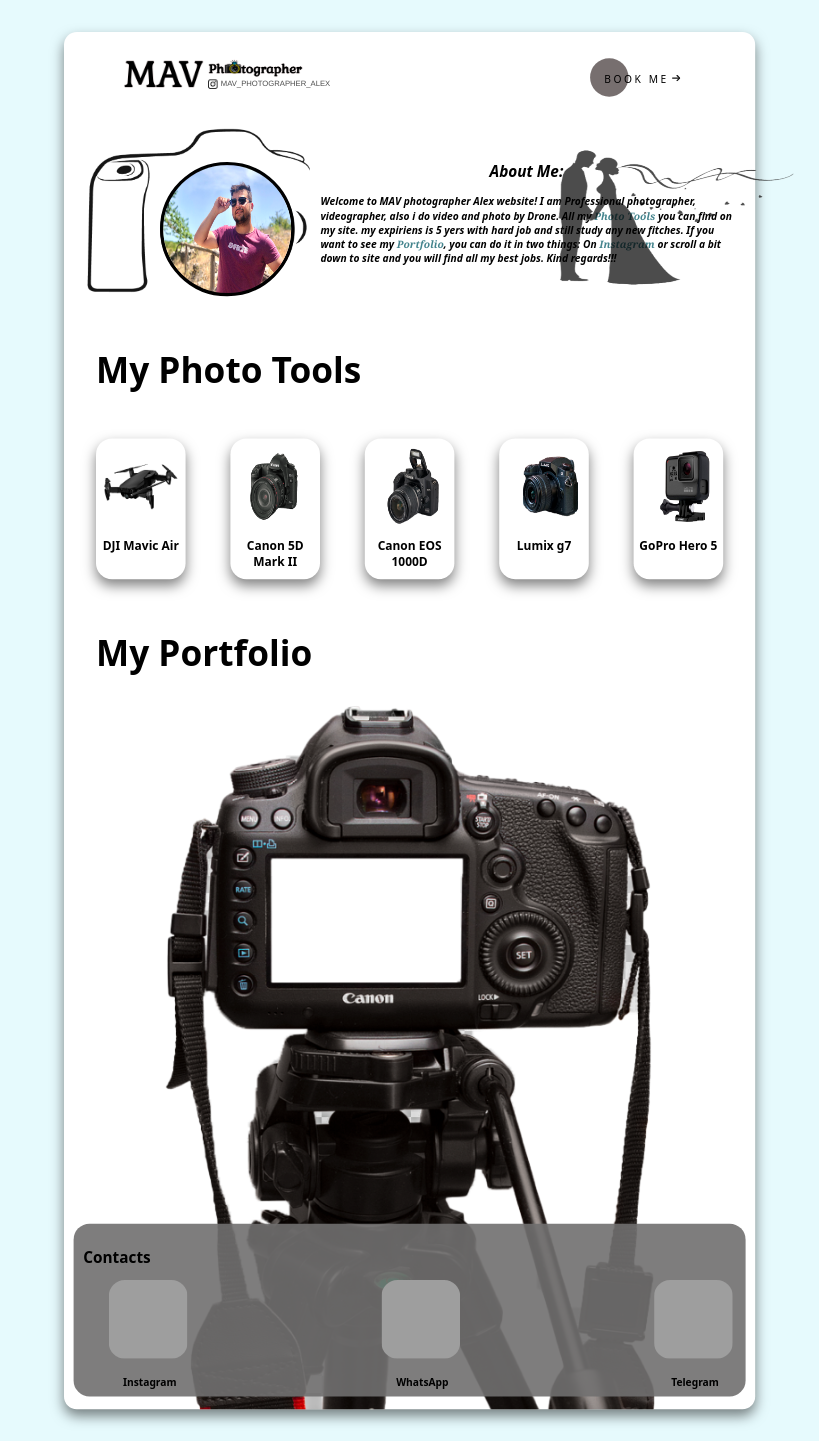
Repository: Dekabrist94/MAV
Page: /
An editor plug-in stored every save of this project. The page is shown before and after the next save, followed by the edit.
The browser window is 1280 px wide. The pictures show the whole page, at 64% of full size.
Pictures or frames that could not be fetched are drawn as grey boxes. The project was rebuilt for these pictures with package versions that can differ from the ones it lists, and the page was loaded fresh each time.

Above is the page before, as saved 2023-03-11 17:50:44.

### src/index.js
import React from 'react';
import ReactDOM from 'react-dom/client';
import './index.scss';
import App from './App';
import reportWebVitals from './reportWebVitals';

const root = ReactDOM.createRoot(document.getElementById('root'));
root.render(
  <React.StrictMode>
    <App />
  </React.StrictMode>,
);

// If you want to start measuring performance in your app, pass a function
// to log results (for example: reportWebVitals(console.log))
// or send to an analytics endpoint. Learn more: https://bit.ly/CRA-vitals
reportWebVitals();

### src/index.scss
.aboutLinks {
  color: rgb(68, 132, 141);
  text-decoration: none;
  font-family: Georgia, 'Times New Roman', Times, serif;
  transition: all 0.3s ease;
}

.aboutLinks:hover {
  color: rgb(235, 17, 82);
  text-decoration: none;
  font-family: Georgia, 'Times New Roman', Times, serif;
}

body {
  margin: 0;
  font-family: system-ui;
  -webkit-font-smoothing: antialiased;
  -moz-osx-font-smoothing: grayscale;
  background-color: rgb(12, 213, 240, 0.1);
}

.wrapper {
  background: #ffffff;
  box-shadow: 0px 10px 20px rgba(0, 0, 0, 0.5);
  border-radius: 20px;
  max-width: 1080px;
  margin: 50px auto;
}

header {
  padding: 40px;
  margin: 50px;
  display: flex;
  justify-content: space-between;
}

img {
  margin-right: 5px;
}

.headerLeft {
  display: flex;
  align-items: center;
}

.underLogoLink {
  color: black;
  opacity: 70%;
  font-family: 'Franklin Gothic Medium', 'Arial Narrow', Arial, sans-serif;
  text-decoration: none;
  transition: all 0.2s ease;
  text-transform: uppercase;
  font-size: 12px;
}
.underLogoLink:hover {
  opacity: 100%;
  transition: all 0.2s ease;
}
.instaLink {
  display: flex;
  margin-top: -3px;
  align-items: center;
}

.bookMe {
  margin-top: 20px;
}

h3,
p {
  margin: 0;
}

.aboutMe {
  margin-left: 150px;
  position: relative;
  display: flex;

  align-items: center;
  justify-content: space-between;
}
.bride {
  position: absolute;
  left: 610px;
  opacity: 0.7;
  z-index: 0;
}
.camera {
  top: -50px;
  left: -190px;
  position: absolute;
}
.avatar {
  border-radius: 50%;
  border: 5px black solid;
  z-index: 1;
  transition: all 0.4s ease;

  cursor: pointer;
}
.avatar:hover {
  transition: all 0.4s ease;
  transform: scale(1.05);
  cursor: pointer;
}

.textAboutCenter {
  text-align: center;
  font-style: italic;
  z-index: 0;
}
.textAbout {
  padding-bottom: 50px;
  padding-left: 5%;
  padding-right: 5%;
  text-align: left;
  font-style: italic;
}
.cardContainer {
  display: flex;
  padding: 15px;
}
.card {
  height: 220px;
  width: 140px;
  margin: 0 auto;
}

.cardBorder {
  border-radius: 25px;
  box-shadow: 0px 10px 20px rgba(0, 0, 0, 0.5);
}

.cardStyle {
  padding-top: 15px;
  text-align: center;
}

.CaptionTools {
  padding-left: 50px;
  font-size: 55px;
}

.Portfolio {
}

.captionPortfolio {
  padding-top: 15px;
  padding-left: 50px;
  font-size: 55px;
}

.mainCamera {
  margin: 0 auto;
  align-items: center;
  display: flex;
}

.cameraSlider {
  margin: 0 auto;
  z-index: 2;
}

.contContainer {
  position: relative;
  margin: 0px 15px auto;
}

.background {
  position: absolute;
  background: rgba(112, 111, 111, 0.9);
  width: 100%;
  height: 270px;
  margin: -290px auto;
  z-index: 3;
  border-radius: 25px;
}

.qr {
  padding: 15px;
}

.contacts {
  display: flex;
  align-items: center;
  justify-content: space-between;
}

li {
  list-style-type: none;
  z-index: 5;
}

.qrcode {
  border-radius: 25px;
  transition: all 0.3s ease;
}

.qrcode:hover {
  transform: scale(1.1);
  transition: all 0.3s ease;
}

### src/App.js
import { Header } from './pages/Header';
import { PhotoTools } from './pages/PhotoTools';
import { AboutMe } from './pages/AboutMe';
import mainCamera from './assets/img/mainCamera.png';
function App() {
  return (
    <div className="wrapper">
      <Header />
      <AboutMe />
      <PhotoTools />

      <section className="Portfolio">
        <h1 className="captionPortfolio">My Portfolio</h1>
        <div className="slider">
          <div className="mainCamera">
            <img className="cameraSlider" width={800} height={1100} src={mainCamera} />
          </div>
        </div>
      </section>

      <section className="contContainer">
        <div className="background">
          <div className="qr">
            <h1 className="contCaption">Contacts</h1>
            <ul className="contacts">
              <li>
                <a href="https://www.instagram.com/palazzagofotografo/" target="_blank">
                  <img
                    className="qrcode"
                    src="http://qrcoder.ru/code/?https%3A%2F%2Fwww.instagram.com%2Fpalazzagofotografo%2F&3&0"
                    width="123"
                    height="123"
                    title="Instagram QR Code"
                  />
                </a>
                <h4 align="center">Instagram</h4>
              </li>
              <li>
                <a href="https://wa.me/+393519741841" target="_blank">
                  <img
                    className="qrcode"
                    src="http://qrcoder.ru/code/?https%3A%2F%2Fwa.me%2F%2B393519741841&3&0"
                    width="123"
                    height="123"
                    title="WhatsApp QR Code"
                  />
                </a>
                <h4 align="center">WhatsApp</h4>
              </li>
              <li>
                <a href="https://t.me/mavphotographeralex" target="_blank">
                  <img
                    className="qrcode"
                    src="http://qrcoder.ru/code/?https%3A%2F%2Ftelegram.me%2F%40mavphotographer&4&0"
                    width="123"
                    height="123"
                    title="Telegram QR Code"
                  />
                </a>
                <h4 align="center">Telegram</h4>
              </li>
            </ul>
          </div>
        </div>
      </section>
    </div>
  );
}

export default App;

### src/pages/Header.jsx
import PHOTOGRAPHER from '../assets/img/photographer.png';
import InstaLogo from '../assets/img/instagram.png';
import MAV from '../assets/img/MAV.png';
import '../index.scss';
import { CustomButton } from '../components/button UI';
export const Header = () => {
  return (
    <header>
      <div className="headerLeft">
        <img width={130} height={50} src={MAV} alt="logo" />
        <div className="headerInfo">
          <img width={150} height={30} src={PHOTOGRAPHER} alt="logo" />
          <div className="instaLink">
            <img width={15} height={15} src={InstaLogo} alt="Instagram" />
            <a href="#" className="underLogoLink">
              mav_photographer_alex
            </a>
          </div>
        </div>
      </div>
      <div className="bookMe">
        <CustomButton text="BOOK ME" style="link" />
      </div>
    </header>
  );
};

### src/pages/PhotoTools.jsx
import Drone from '../assets/img/mavicAir.png';
import Mark from '../assets/img/5dmark.png';
import CanonD from '../assets/img/1000d.png';
import Lumix from '../assets/img/lumix.png';
import Hero5 from '../assets/img/hero5.png';

import '../index.scss';

export const PhotoTools = () => {
  return (
    <section className="PhotoTools">
      <aside>
        <h1 className="CaptionTools">My Photo Tools</h1>
      </aside>
      <div className="cardContainer">
        <div className="card cardBorder">
          <img className="cardStyle" width={140} height={120} src={Drone} alt="card" />
          <p className="cardStyle">
            <h3>DJI Mavic Air</h3>
          </p>
        </div>
        <div className="card cardBorder">
          <img className="cardStyle" width={140} height={120} src={Mark} alt="card" />
          <p className="cardStyle">
            <h3>Canon 5D Mark II</h3>
          </p>
        </div>
        <div className="card cardBorder">
          <img className="cardStyle" width={160} height={120} src={CanonD} alt="card" />
          <p className="cardStyle">
            <h3>Canon EOS 1000D</h3>
          </p>
        </div>
        <div className="card cardBorder">
          <img className="cardStyle" width={160} height={120} src={Lumix} alt="card" />
          <p className="cardStyle">
            <h3>Lumix g7</h3>
          </p>
        </div>
        <div className="card cardBorder">
          <img className="cardStyle" width={160} height={120} src={Hero5} alt="card" />
          <p className="cardStyle">
            <h3>GoPro Hero 5</h3>
          </p>
        </div>
      </div>
    </section>
  );
};

### src/pages/AboutMe.jsx
import '../index.scss';
import Camera from '../assets/img/camera.png';
import AVATAR from '../assets/img/AVATAR.jpg';
import Bride from '../assets/img/bride.png';
export const AboutMe = () => {
  return (
    <section className="aboutMe">
      <img className="avatar" width={200} height={200} src={AVATAR} alt="AVATAR" />
      <img className="camera" width={500} height={302} src={Camera} alt="Camera" />
      <img className="bride" width={400} height={302} src={Bride} alt="Bride" />

      <div>
        <h1 className="textAboutCenter">About Me:</h1>
        <h4 className="textAbout">
          Welcome to MAV photographer Alex website! I am Professional photographer, videographer,
          also i do video and photo by Drone. All my{' '}
          <a className="aboutLinks" href="#">
            Photo Tools
          </a>{' '}
          you can find on my site. my expiriens is 5 yers with hard job and still study any new
          fitches. If you want to see my{' '}
          <a className="aboutLinks" href="#">
            Portfolio
          </a>
          , you can do it in two things: On{' '}
          <a className="aboutLinks" href="#">
            Instagram
          </a>{' '}
          or scroll a bit down to site and you will find all my best jobs. Kind regards!!!
        </h4>
      </div>
    </section>
  );
};

### src/components/button UI/index.jsx
import styles from './Button.module.css';
import React from 'react';

export const CustomButton = ({ type, text, link, style }) => {
  if (style === 'btn') {
    return (
      <button className={`${styles.button} ${styles.buttonBtn}`} type={type}>
        <span>{text}</span>
        <svg width="13px" height="10px" viewBox="0 0 13 10">
          <path d="M1,5 L11,5"></path>
          <polyline points="8 1 12 5 8 9"></polyline>
        </svg>
      </button>
    );
  } else if (style === 'link') {
    return (
      <a
        href={link}
        className={`${styles.button} ${styles.buttonLink}`}
        target="_blank"
        rel="noreferrer">
        <span>{text}</span>
        <svg width="13px" height="10px" viewBox="0 0 13 10">
          <path d="M1,5 L11,5"></path>
          <polyline points="8 1 12 5 8 9"></polyline>
        </svg>
      </a>
    );
  }
  return <button>{text}</button>;
};

### src/components/button UI/Button.module.css
.button {
  position: relative;
  margin: auto;
  padding: 19px 22px;
  transition: all 0.2s ease;
  cursor: pointer;
}
.button:before {
  content: '';
  position: absolute;
  top: 0;
  left: 0;
  display: block;
  border-radius: 50%;

  width: 60px;
  height: 60px;
  transition: all 0.5s ease;
}
.buttonLink:before {
  background: rgb(119, 111, 111);
}
.buttonBtn:before {
  background: rgba(255, 165, 45, 0.5);
}
.button span {
  position: relative;
  font-size: 16px;
  line-height: 18px;
  font-weight: 400;
  letter-spacing: 4px;
  text-transform: uppercase;
  vertical-align: middle;
  transition: color 0.5s ease;
}
.button:hover span {
  color: #fff;
}
.button svg {
  position: relative;
  top: 0;
  margin-left: 10px;
  fill: none;
  stroke-linecap: round;
  stroke-linejoin: round;
  stroke: #111;
  stroke-width: 2;
  transform: translateX(-5px);
  transition: all 0.5s ease;
}
.button:hover:before {
  width: 100%;
  border-radius: 50px;
}
.buttonLink:hover:before {
  background: black;
}
.buttonBtn:hover:before {
  background: rgb(255, 165, 45);
}
.button:hover svg {
  transform: translateX(0);
  stroke: #fff;
}
.button:active {
  transform: scale(0.96);
}

Loaded but not shown: public/index.html (common file); src/reportWebVitals.js (common file)

After the next save:
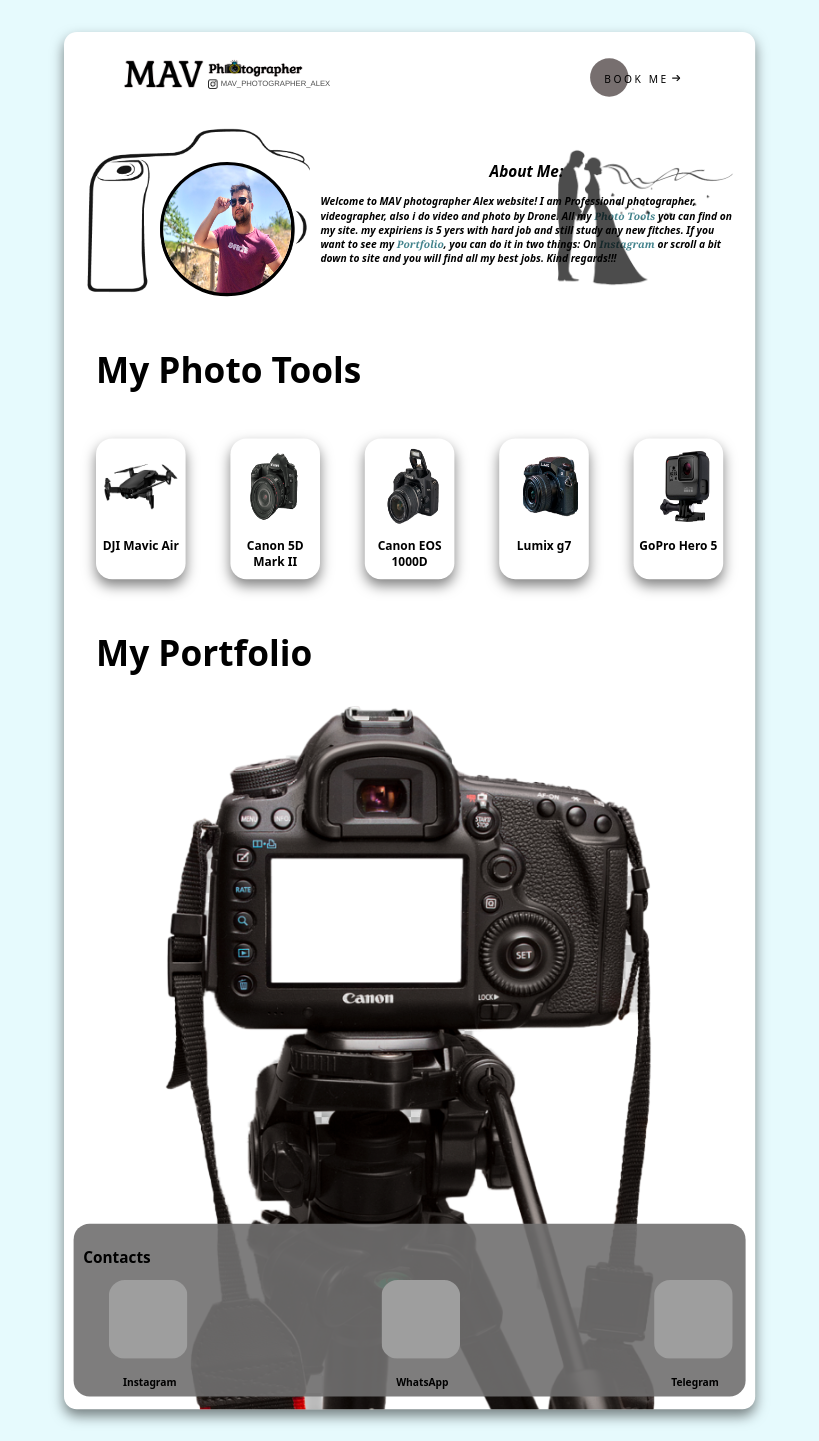
Saved 19 s later.
--- a/src/pages/AboutMe.jsx
+++ b/src/pages/AboutMe.jsx
@@ -7,7 +7,7 @@
     <section className="aboutMe">
       <img className="avatar" width={200} height={200} src={AVATAR} alt="AVATAR" />
       <img className="camera" width={500} height={302} src={Camera} alt="Camera" />
-      <img className="bride" width={400} height={302} src={Bride} alt="Bride" />
+      <img className="bride" width={300} height={302} src={Bride} alt="Bride" />
 
       <div>
         <h1 className="textAboutCenter">About Me:</h1>
